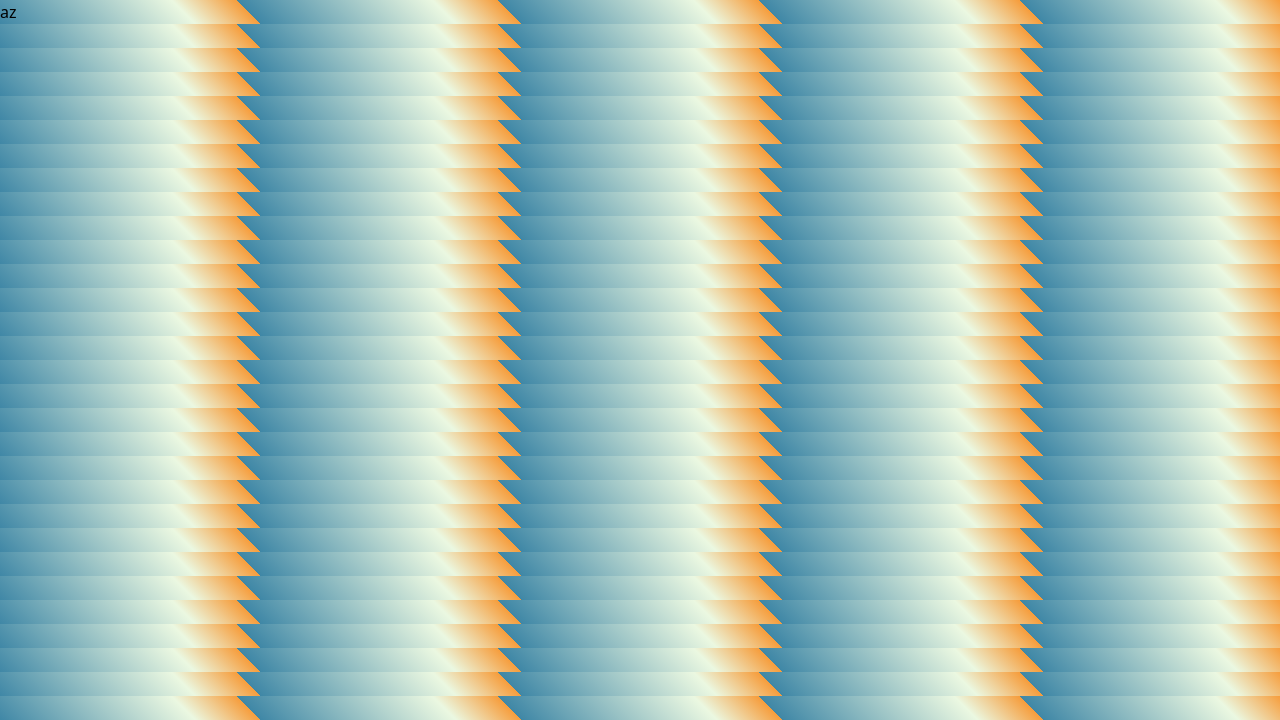
Repository: Iban-del/PortFolio
Page: /
These files come from the project's save history. The page is drawn as it stood at one moment and after the next save; the edit follows.
The browser window is 1280 px wide. The pictures show the whole page.
The project was rebuilt for these pictures with package versions that can differ from the ones it lists, and the page was loaded fresh each time. Also part of the build but not shown: vite.config.ts.

Above is the page before, as saved 2025-08-30 20:44:20.

After the next save:
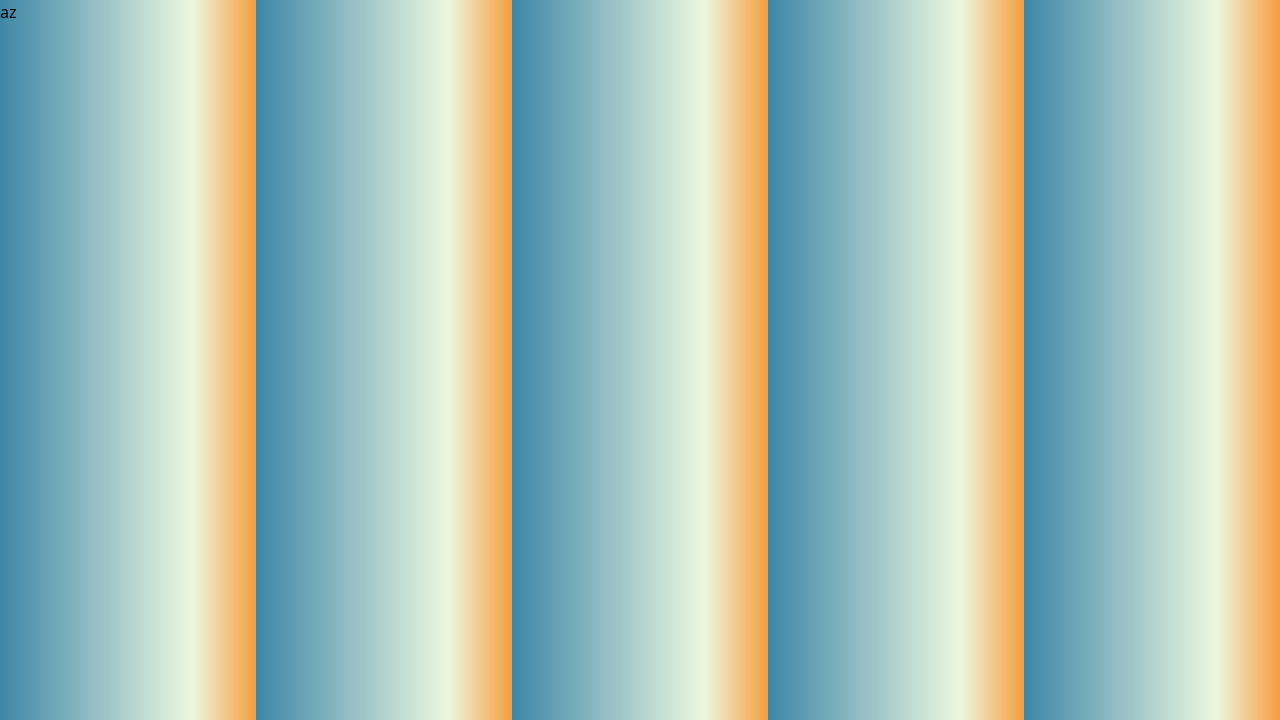
Saved 13 s later.
--- a/src/index.css
+++ b/src/index.css
@@ -3,5 +3,5 @@
 html{
   background-color: rgb(41, 41, 41);
   color: black;
-  background: repeating-linear-gradient(45deg, #3f87a6, #ebf8e1 15%, #f69d3c 20%);
+  background: repeating-linear-gradient(90deg, #3f87a6, #ebf8e1 15%, #f69d3c 20%);
 }
